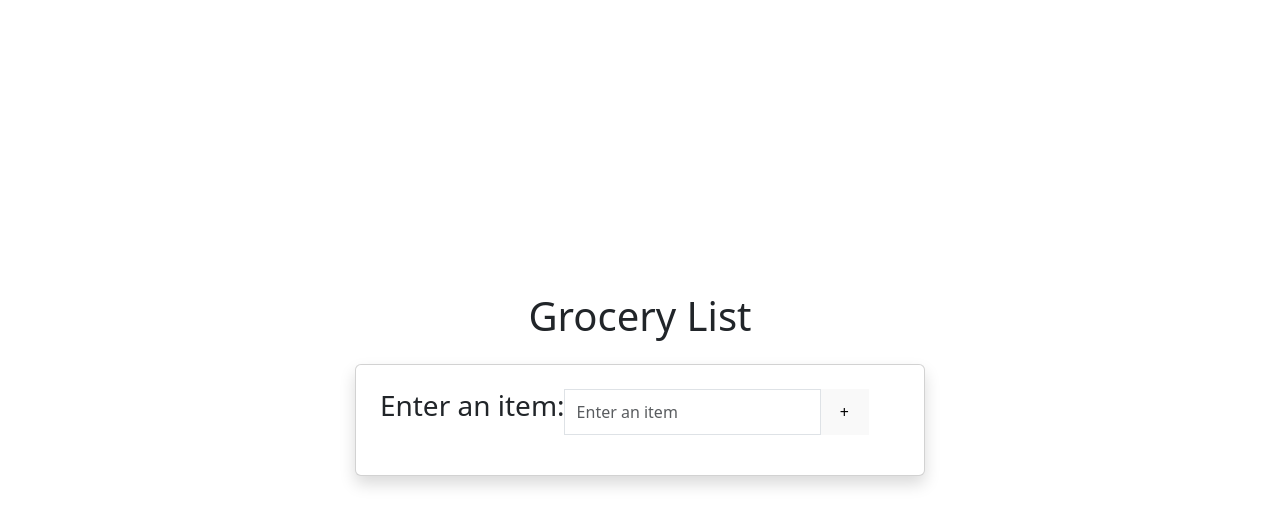
Repository: JuliaW05/CS491
Page: / (app in GroceryList/)
These files come from the project's save history. The page is drawn as it stood at one moment and after the next save; the edit follows.
The browser window is 1280 px wide. The pictures show the whole page.
The project was rebuilt for these pictures with package versions that can differ from the ones it lists, and the page was loaded fresh each time. Also part of the build but not shown: GroceryList/vite.config.js.

Above is the page before, as saved 2026-03-04 23:40:42.

### GroceryList/index.html
<!doctype html>
<html lang="en">
  <head>
    <meta charset="UTF-8" />
    <link rel="icon" type="image/svg+xml" href="/vite.svg" />
    <meta name="viewport" content="width=device-width, initial-scale=1.0" />
    <title>grocery-list</title>
  </head>
  <body>
    <div id="root"></div>
    <script type="module" src="/src/main.jsx"></script>
  </body>
</html>

### GroceryList/src/App.jsx
import { useState } from "react";
import "./App.css";
import "bootstrap/dist/css/bootstrap.min.css";
import GroceryList from "./GroceryList";

function App() {
  return (
    <>
      <div className="container text-center mt-5">
        <h1 className="mb-4">Grocery List</h1>
        <GroceryList></GroceryList>
      </div>
    </>
  );
}

export default App;

### GroceryList/src/GroceryList.jsx
import "./App.css";
import { useState } from "react";

const GroceryList = () => {
  const [list, setList] = useState([]);
  const [item, setItem] = useState("");

  const addItem = () => {
    setList([...list, item]);
    setItem("");
  };

  return (
    <div className="card p-4 shadow">
      <div className="input-group mb-3">
        <h3>Enter an item:</h3>
        <input
          type="text"
          className="form-control"
          placeholder="Enter an item"
          value={item}
          onChange={(e) => setItem(e.target.value)}
        />
        <button onClick={addItem}>+</button>

        <ul>
          {" "}
          {list.map((i, index) => (
            <li key={index}>{i}</li>
          ))}
        </ul>
      </div>
    </div>
  );
};

export default GroceryList;

Loaded but not shown: GroceryList/src/main.jsx (common file); GroceryList/src/index.css (common file); GroceryList/src/App.css (common file)

After the next save:
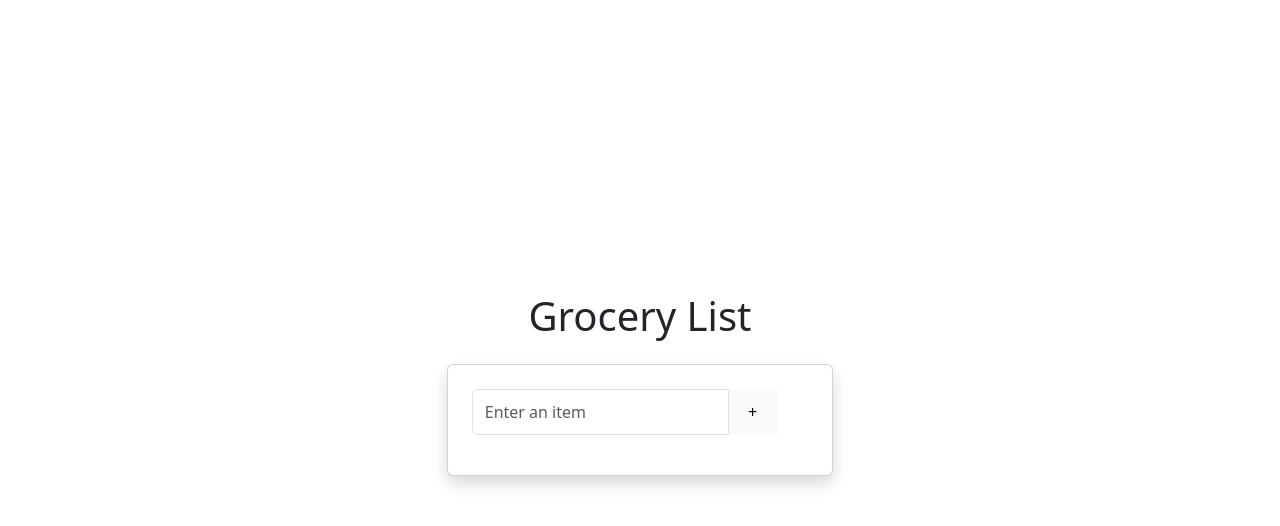
Saved 13 s later.
--- a/GroceryList/src/GroceryList.jsx
+++ b/GroceryList/src/GroceryList.jsx
@@ -13,7 +13,6 @@ const GroceryList = () => {
   return (
     <div className="card p-4 shadow">
       <div className="input-group mb-3">
-        <h3>Enter an item:</h3>
         <input
           type="text"
           className="form-control"
